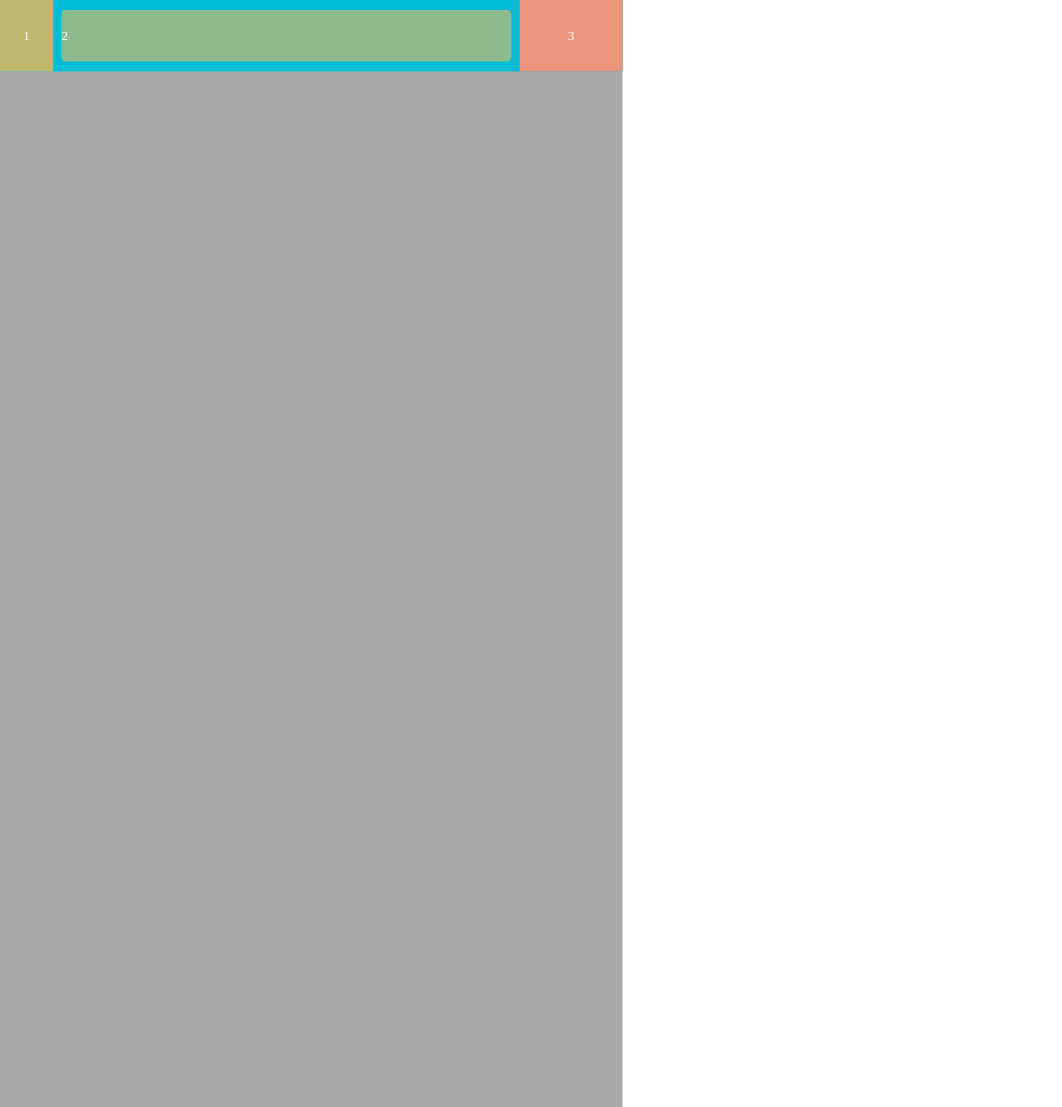
Repository: GitHub-dev666/muke-qunaer
Page: /
These files come from the project's save history. The page is drawn as it stood at one moment and after the next save; the edit follows.
The browser window is 1280 px wide. The pictures show the whole page, at 83% of full size.
The project was rebuilt for these pictures with package versions that can differ from the ones it lists, and the page was loaded fresh each time. Also part of the build but not shown: vue.config.js.

Above is the page before, as saved 2021-02-10 22:26:46.

### public/index.html
<!DOCTYPE html>
<html lang="">
  <head>
    <meta charset="utf-8">
    <meta http-equiv="X-UA-Compatible" content="IE=edge">
    <meta name="viewport" content="width=device-width,initial-scale=1.0,minimum-scale=1.0,maximum-scale=1.0,user-scalable=no">
    <link rel="icon" href="<%= BASE_URL %>favicon.ico">
    <title><%= htmlWebpackPlugin.options.title %></title>
    <style type="text/css">
      html,body{
        margin: 0px;
        padding: 0px;
      }
    </style>
  </head>
  <body>
    <noscript>
      <strong>We're sorry but <%= htmlWebpackPlugin.options.title %> doesn't work properly without JavaScript enabled. Please enable it to continue.</strong>
    </noscript>
    <div id="app"></div>
    <!-- built files will be auto injected -->
  </body>
</html>

### src/router/index.js
import Vue from 'vue'
import VueRouter from 'vue-router'
import Home from '../pages/Home.vue'

Vue.use(VueRouter)

const routes = [
  {
    path: '/',
    name: 'Home',
    component: Home
  }
]

const router = new VueRouter({
  routes
})

export default router

### src/pages/Home.vue
<template>
  <div class="home">
    <home-header></home-header>
  </div>
</template>
<script>
import HomeHeader from '../components/home/homeheader'
export default {
  components: {
    HomeHeader
  }
}
</script>
<style lang="less" scoped>
.home{
  width: 750px;
  height: 1334px;
  background-color: darkgrey;
}
</style>

### src/components/home/homeheader.vue
<template>
    <div class="wrap">
        <div class="left">1</div>
        <div class="mid">2</div>
        <div class="right">3</div>
    </div>
</template>
<script>
export default {}
</script>
<style lang="less" scoped>
    .middle(){
        display: flex;
        justify-content: center;
        align-items: center;
    }
    .wrap{
        width: 750px;
        height: 86px;
        background-color: #00bcd4;
        color: #fff;
        display: flex;
        align-items: center;
        .left{
            width: 64px;
            height: 86px;
            background-color: darkkhaki;
            .middle()
        }
        .mid{
            flex:1;
            line-height: 62px;
            background-color: darkseagreen;
            border-radius: 5px;
            margin: 12px 10px;
            vertical-align: center;
        }
        .right{
            width: 124px;
            height: 86px;
            background-color: darksalmon;
            .middle()
        }

    }
</style>

Loaded but not shown: src/main.js (common file); src/App.vue (common file); src/store/index.js (common file)

After the next save:
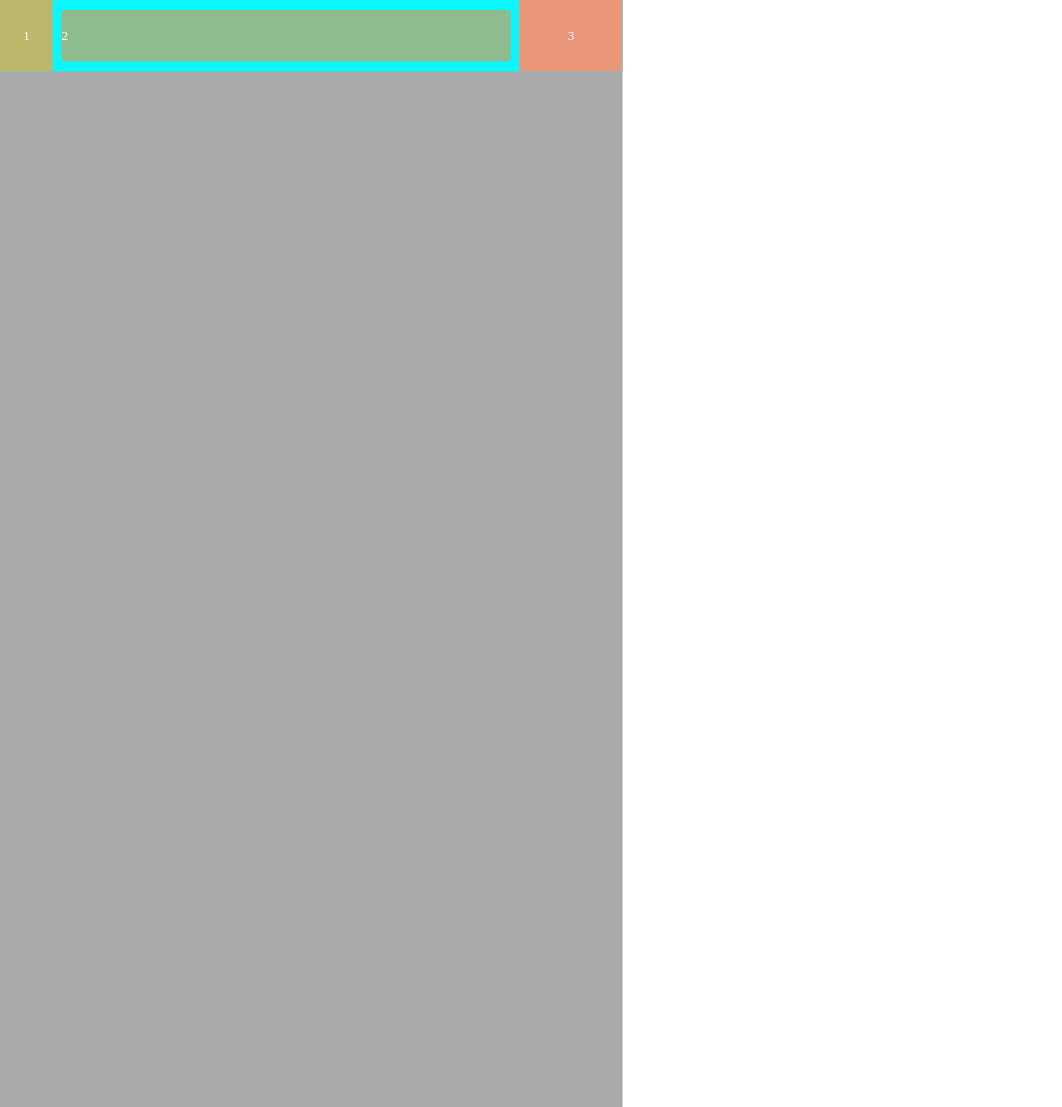
Saved 48 s later.
--- a/src/components/home/homeheader.vue
+++ b/src/components/home/homeheader.vue
@@ -17,7 +17,7 @@
     .wrap{
         width: 750px;
         height: 86px;
-        background-color: #00bcd4;
+        background-color: #0af7ff;
         color: #fff;
         display: flex;
         align-items: center;

After the save that followed:
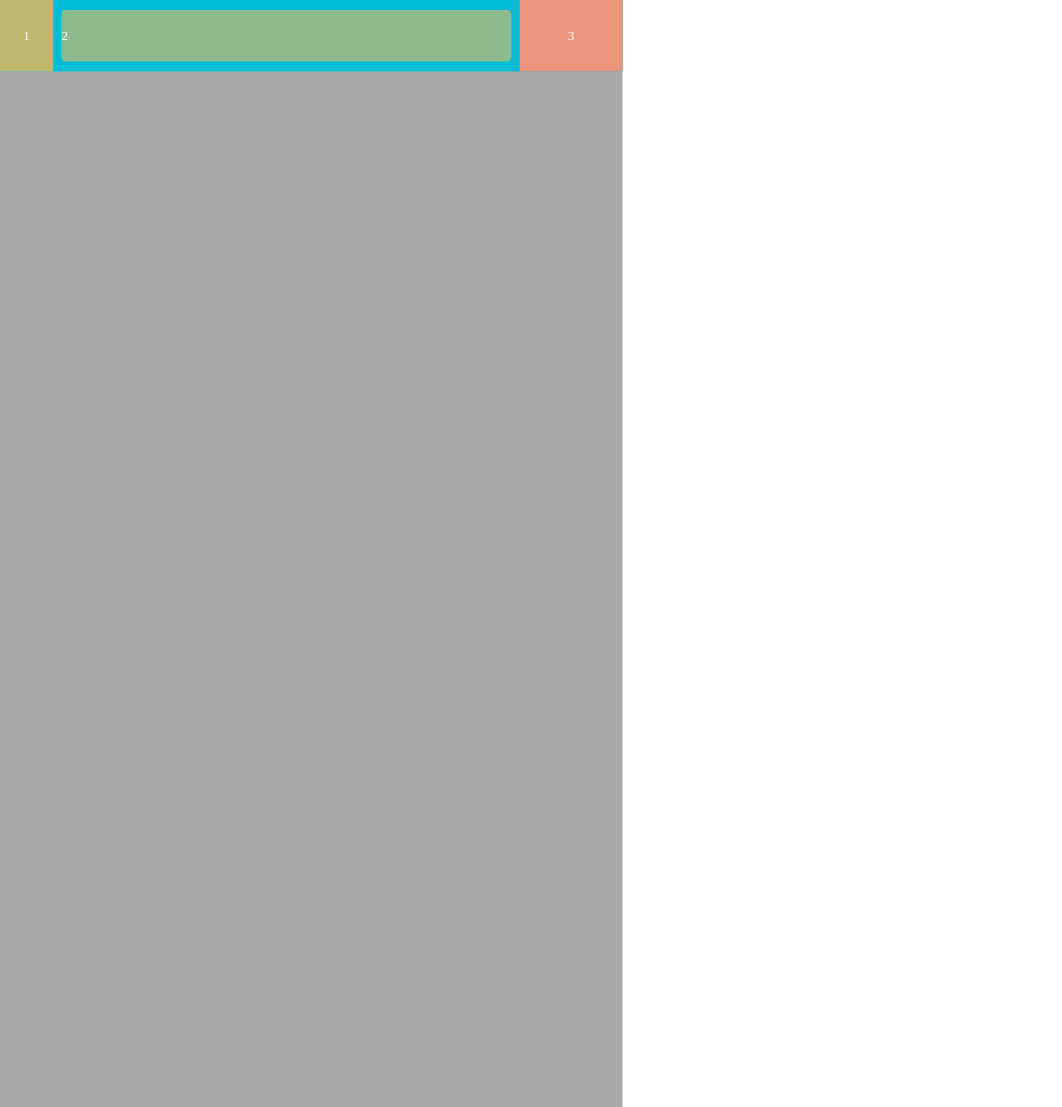
Saved 15 s later.
--- a/src/components/home/homeheader.vue
+++ b/src/components/home/homeheader.vue
@@ -17,8 +17,8 @@
     .wrap{
         width: 750px;
         height: 86px;
-        background-color: #0af7ff;
-        color: #fff;
+        background-color: #00bcd4;
+        color: #ffff;
         display: flex;
         align-items: center;
         .left{
